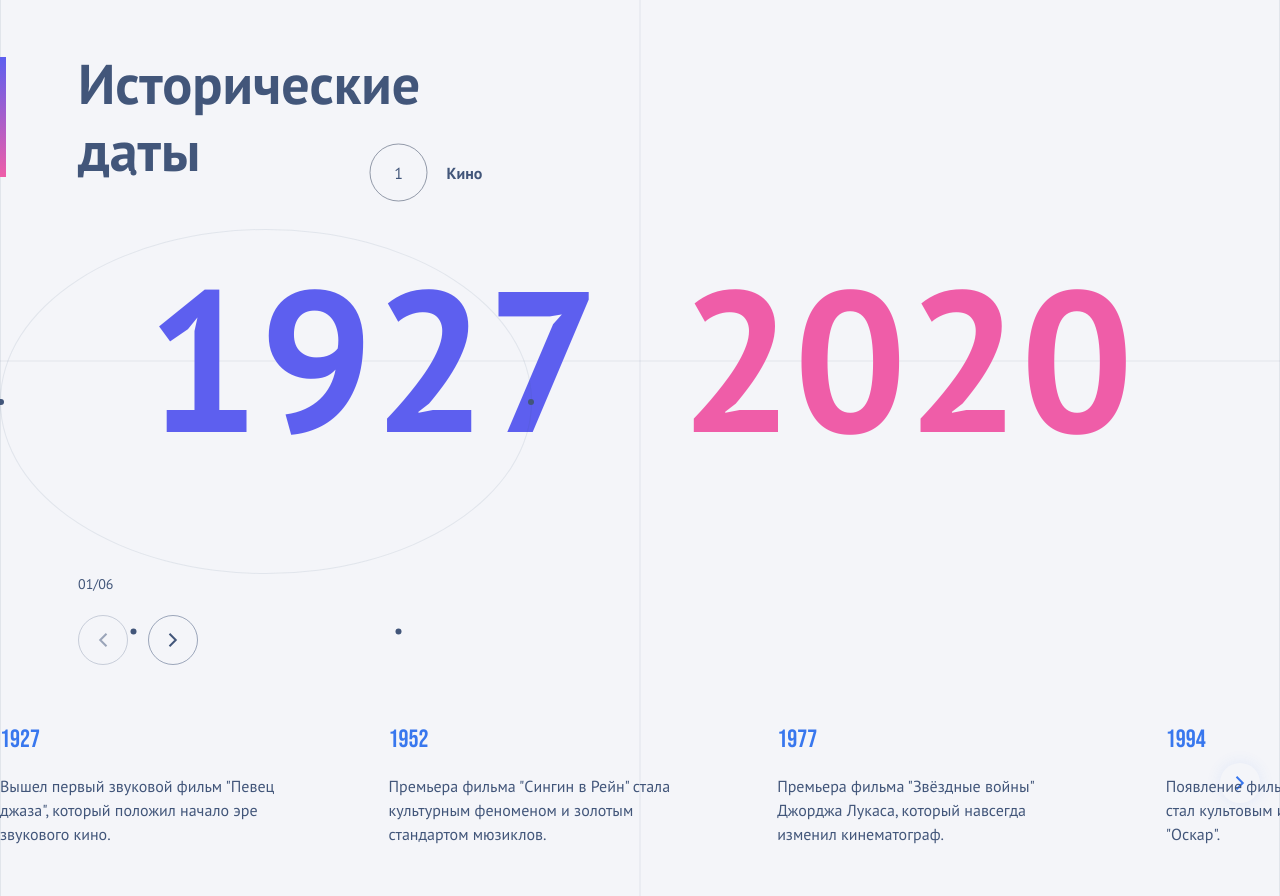
Repository: LenarTulupov/only
Page: /
These files come from the project's save history. The page is drawn as it stood at one moment and after the next save; the edit follows.
The browser window is 1280 px wide. The pictures show the whole page.
The project was rebuilt for these pictures with package versions that can differ from the ones it lists, and the page was loaded fresh each time.

Above is the page before, as saved 2024-12-18 04:07:57.

After the next save:
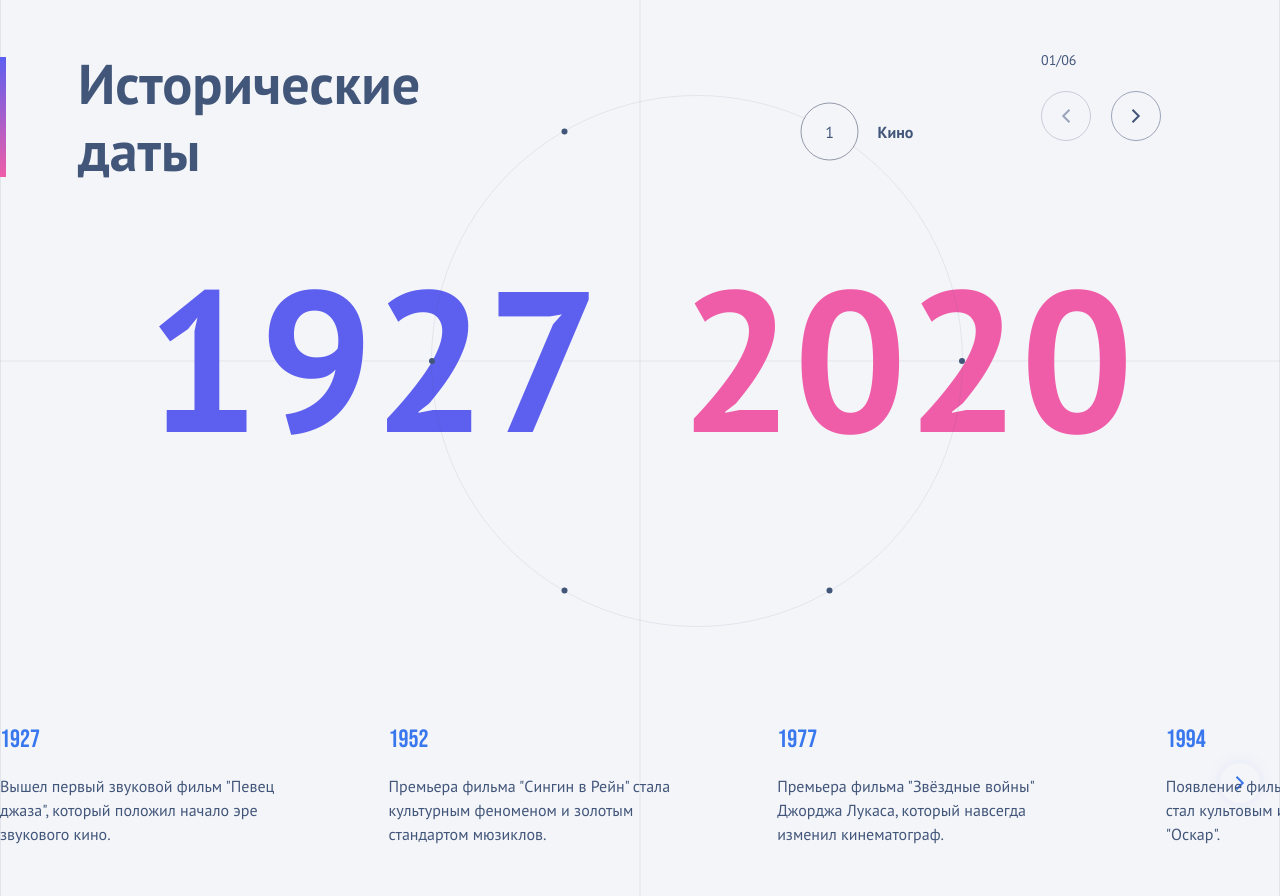
Saved 13 s later.
--- a/src/pages/home/history/history.module.scss
+++ b/src/pages/home/history/history.module.scss
@@ -10,10 +10,8 @@
   }
   &__content {
     position: relative;
-    display: flex;
-    flex-direction: column;
-    // display: grid;
-    // grid-template-columns: repeat(3, 1fr);
+    display: grid;
+    grid-template-columns: repeat(3, 1fr);
     height: 615px;
     &-col-1 {
       display: flex;
@@ -23,11 +21,6 @@
   }
 }
 .circle {
-  // display: flex;
-  // width: 100%;
-  // height: 100%;
-  // justify-content: center;
-  // align-items: center;
   margin-top: 45px;
 }
 .divider_horizontal {
